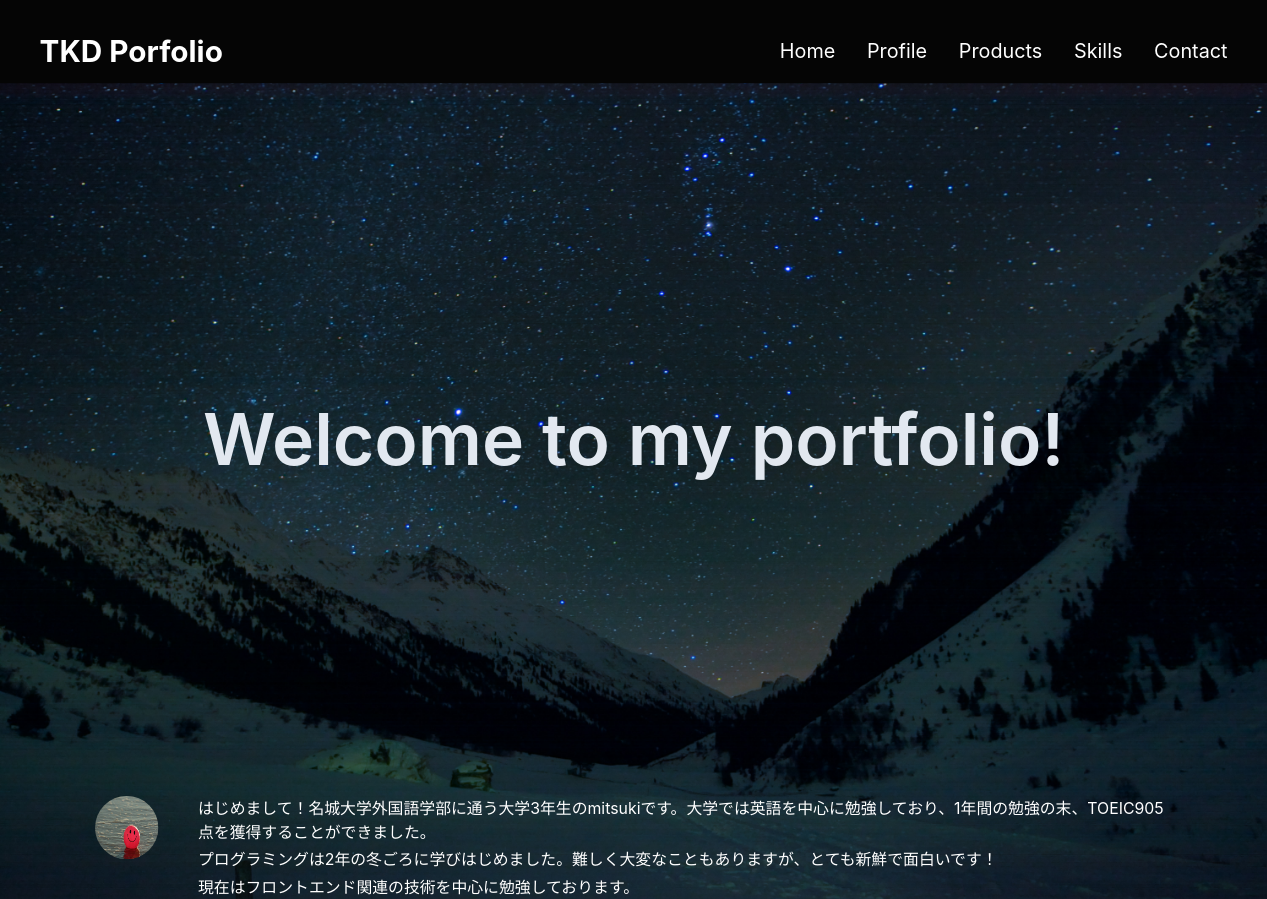
Repository: MitukiTakada/todo-aplication
Page: / (app in design/dev/react-tailwind/react-tailwind/)
The author's editor kept a copy of each file at every save. The page is drawn from the files as they stood at one save, then again after a run of saves.
The browser window is 1280 px wide. The pictures show the whole page, at 99% of full size.
The project was rebuilt for these pictures with package versions that can differ from the ones it lists, and the page was loaded fresh each time. Also part of the build but not shown: design/dev/react-tailwind/react-tailwind/src/components/Contact.jsx, design/dev/react-tailwind/react-tailwind/src/components/Products.jsx, design/dev/react-tailwind/react-tailwind/src/components/Profile.jsx, design/dev/react-tailwind/react-tailwind/src/components/Skills.jsx.

Above is the page before, as saved 2022-11-19 14:58:17.

### design/dev/react-tailwind/react-tailwind/public/index.html
<!DOCTYPE html>
<html lang="en">
  <head>
    <meta charset="utf-8" />
    <link rel="icon" href="%PUBLIC_URL%/favicon.ico" />
    <meta name="viewport" content="width=device-width, initial-scale=1" />
    <meta name="theme-color" content="#000000" />
    <meta
      name="description"
      content="Web site created using create-react-app"
    />
    <link rel="apple-touch-icon" href="%PUBLIC_URL%/logo192.png" />
    <link rel ="stylesheet" href="https://cdnjs.cloudflare.com/ajax/libs/font-awesome/5.15.3/css/all.min.css">
    <!--
      manifest.json provides metadata used when your web app is installed on a
      user's mobile device or desktop. See https://developers.google.com/web/fundamentals/web-app-manifest/
    -->
    <link rel="manifest" href="%PUBLIC_URL%/manifest.json" />
    <!--
      Notice the use of %PUBLIC_URL% in the tags above.
      It will be replaced with the URL of the `public` folder during the build.
      Only files inside the `public` folder can be referenced from the HTML.

      Unlike "/favicon.ico" or "favicon.ico", "%PUBLIC_URL%/favicon.ico" will
      work correctly both with client-side routing and a non-root public URL.
      Learn how to configure a non-root public URL by running `npm run build`.
    -->
    <title>React App</title>
  </head>
  <body>
    <noscript>You need to enable JavaScript to run this app.</noscript>
    <div id="root"></div>
    <!--
      This HTML file is a template.
      If you open it directly in the browser, you will see an empty page.

      You can add webfonts, meta tags, or analytics to this file.
      The build step will place the bundled scripts into the <body> tag.

      To begin the development, run `npm start` or `yarn start`.
      To create a production bundle, use `npm run build` or `yarn build`.
    -->
  </body>
</html>

### design/dev/react-tailwind/react-tailwind/src/index.jsx
import React from 'react';
import ReactDOM from 'react-dom/client';
import './index.css';
import App from './App';
import reportWebVitals from './reportWebVitals';
import { BrowserRouter } from 'react-router-dom';
import { ChakraProvider } from '@chakra-ui/provider';

const root = ReactDOM.createRoot(document.getElementById('root'));
root.render(
  <React.StrictMode>
    <BrowserRouter>
        <ChakraProvider>
          <App />
        </ChakraProvider>
    </BrowserRouter>
  </React.StrictMode>
);

// If you want to start measuring performance in your app, pass a function
// to log results (for example: reportWebVitals(console.log))
// or send to an analytics endpoint. Learn more: https://bit.ly/CRA-vitals
reportWebVitals();

### design/dev/react-tailwind/react-tailwind/src/App.jsx
import { BrowserRouter, Routes, Route } from "react-router-dom";
import Contact from "./components/Contact";
import Header from "./components/Header";
import Home from "./components/Home";
import Products from "./components/Products";
import Profile from "./components/Profile";
import Skills from "./components/Skills";


function App() {
  return (
    <div className=" bg-body  text-white w-full sm:px-0 pt-5">
     <Header />
      <Routes>
        <Route path="/" element={<Home />}/>
        <Route path="/prfole" element={<Profile />}/>
        <Route path="products" element={<Products />}/>
        <Route path="/skills" element={<Skills />}/>
        <Route path="/contact" element={<Contact />}/>
      </Routes>
    </div>
  );
}

export default App;

### design/dev/react-tailwind/react-tailwind/src/components/Header.jsx
import React from 'react'
import { Link } from 'react-router-dom'
import "./output.css"
import Hamburger from './atoms/Hamburger'

const Header = () => {
  return (
    <header className="container flex justify-between  w-full items-center mr-0 relative h-16 px-10">
      <div>
        <h2 className="text-2xl font-bold md:text-3xl">TKD Porfolio</h2>
      </div>
      <nav className="flex space-x-8 text-xl ml-8 items-center hidden md:block">
        <Link to={"/"} className="link">Home</Link>
        <Link to={"/profile"} className="link">Profile</Link>
        <Link to={"/products"} className="link">Products</Link>
        <Link to={"/skills"} className="link">Skills</Link>
        <Link to={"/contact"} className="link">Contact</Link>
      </nav>
      <Hamburger className="md:hidden absolute right-3"/>
    </header>
  )
}

export default Header

### design/dev/react-tailwind/react-tailwind/src/components/Home.jsx
import React from 'react'
import mainImage from "../images/main-image.jpeg"
import "./Home.css";
import userImage from "../images/user.jpg"

const Home = () => {
  return (
    <div className="home ">
      <div className="items-center ">
        <h1 className=" font-semibold text-3xl 100v text-center text-slate-200 lg:text-7xl md:text-5xl">Welcome to my portfolio!</h1>
      </div>
      <div className="flex mx-auto px-24 space-x-10">
        <img src={userImage} alt="" className="h-16 w-16 rounded-full"/>
        <div className="space-y-1">
          <p>
            はじめまして！名城大学外国語学部に通う大学3年生のmitsukiです。大学では英語を中心に勉強しており、1年間の勉強の末、TOEIC905点を獲得することができました。
          </p>
          <p>
            プログラミングは2年の冬ごろに学びはじめました。難しく大変なこともありますが、とても新鮮で面白いです！
          </p>
          <p>
            現在はフロントエンド関連の技術を中心に勉強しております。
          </p>
          </div>
      </div>
    </div>
  )
}

export default Home

### design/dev/react-tailwind/react-tailwind/src/components/output.css
.link {
  @apply hover:text-purple-400 transition-all duration-300;
}
.drawer-link {
  @apply hover:text-purple-400 transition-all duration-300 text-xl block text-center my-3;
}
.contact-btn {
  @apply bg-purple-500 font-bold text-xl px-3 py-2 rounded border-none hover:bg-purple-800 duration-300 transition-all mt-10
}
.secondary-title {
  @apply text-3xl font-bold;
}
.secondary-title::before {
  content: "";
  @apply block w-12 h-2 bg-purple-400 rounded-full mb-1;
}

.section-paragraph {
  @apply text-secondary my-6 w-full max-w-3xl
}

.badge {
  @apply px-4 py-2 text-sm rounded bg-badge block
}

.send-btn {
  @apply bg-teal-400 font-bold text-xl px-3 py-2 rounded border-none hover:bg-teal-600 duration-300 transition-all mt-10
}

### design/dev/react-tailwind/react-tailwind/src/components/atoms/Hamburger.jsx
import React from 'react'
import {
  Drawer,
  DrawerBody,
  DrawerOverlay,
  DrawerContent,
  DrawerCloseButton,
  useDisclosure,
  Button
} from '@chakra-ui/react'
import { Link } from 'react-router-dom';
import { HamburgerIcon } from '@chakra-ui/icons';

const Hamburger = () => {
  const { isOpen, onOpen, onClose } = useDisclosure()
  return (
    <div className="md:hidden">
        <HamburgerIcon h={30} w={30} className="hover:text-purple-400 duration-300 transition-all cursor-pointer"
        onClick={onOpen}
        />
        <Drawer isOpen={isOpen} onClose={onClose} placement="left" size="xs">
          <DrawerOverlay>
            <DrawerContent>
              <DrawerBody className="w-2/5 bg-slate-200 h-full p-12">
                <div className="z-20 space-y-5 text-xl">
                  <Link to={"/"} className="link drawer-link">Home</Link>
                  <Link to={"/profile"} className="link drawer-link">Profile</Link>
                  <Link to={"/products"} className="link drawer-link">Products</Link>
                  <Link to={"/skills"} className="link drawer-link">Skills</Link>
                  <Link to={"/contact"} className="link drawer-link">Contact</Link>
                  <DrawerCloseButton className="text-white text-md  p-2 rounded mt-15 mx-auto bg-red-400 transition-all duration-300 hover:bg-red-700 ">閉じる</DrawerCloseButton>
                </div>
              </DrawerBody>
            </DrawerContent>
          </DrawerOverlay>
        </Drawer>
      </div>
  )
}

export default Hamburger

### design/dev/react-tailwind/react-tailwind/src/components/Home.css
.home {
  background-image: url(../images/mountain.jpeg);
  background-position: center;
  background-size: cover;
  height: 100%;
  width: 100%;
}

.home h1 {
  line-height: 100vh;
  align-items: center;
}

### design/dev/react-tailwind/react-tailwind/tailwind.config.js
/** @type {import('tailwindcss').Config} */
module.exports = {
  content: [
    "./src/**/*.{js,jsx,ts,tsx}",
  ],
  theme: {
    extend: {

      colors: {
        body: "#050505",
        secondary: "#9191A4",
        badge: "#3F3F51"
      },
      lineHeight: {
        "100v": "100vh"
      }
    },
  },
  plugins: [],
}

Loaded but not shown: design/dev/react-tailwind/react-tailwind/src/index.css (common file); design/dev/react-tailwind/react-tailwind/src/reportWebVitals.js (common file)

After the next 2 saves:
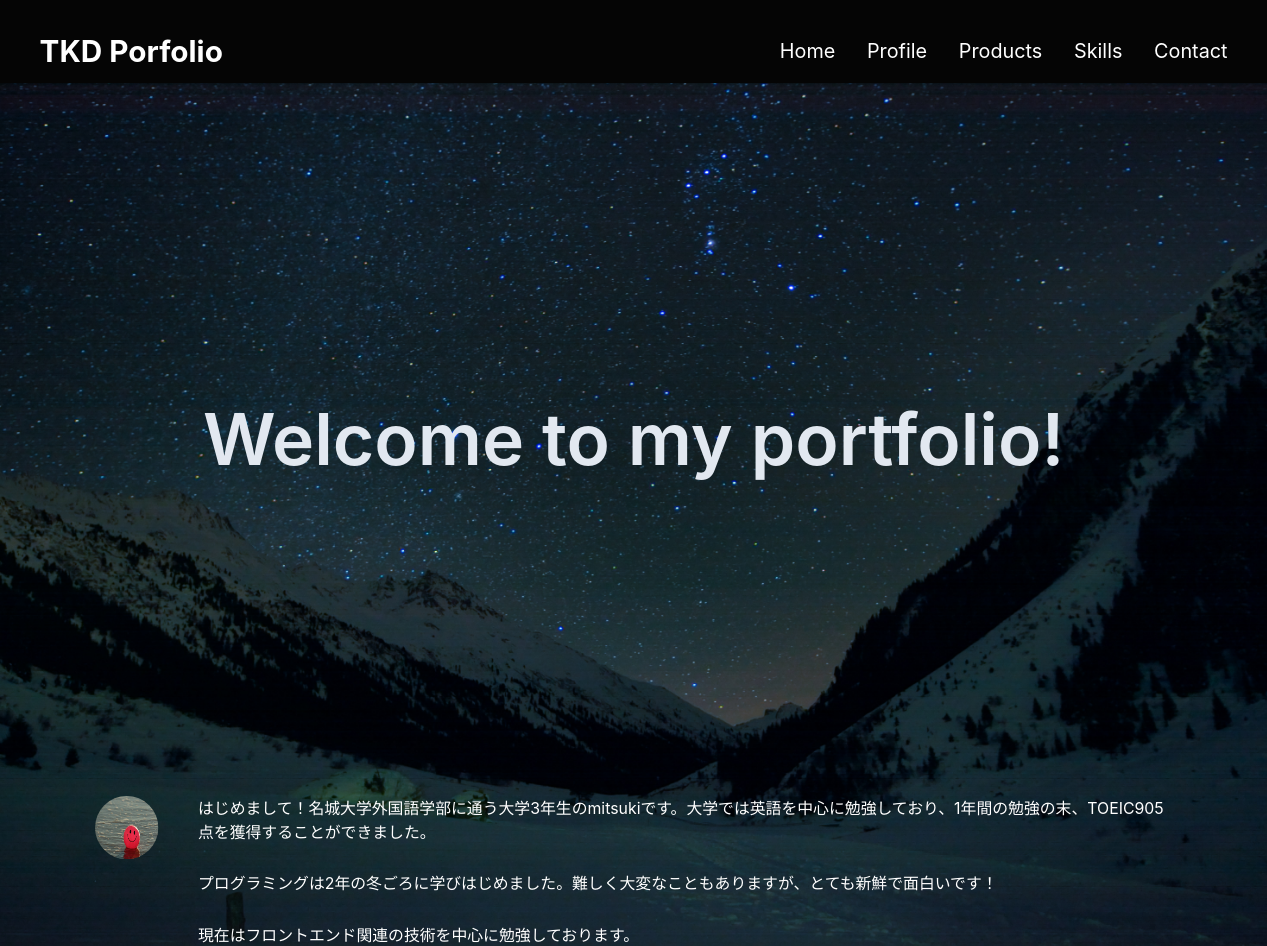
The 2 saves are shown as one change because they came seconds apart.
The last was saved 6 s later.
--- a/design/dev/react-tailwind/react-tailwind/src/components/Home.jsx
+++ b/design/dev/react-tailwind/react-tailwind/src/components/Home.jsx
@@ -11,7 +11,7 @@ const Home = () => {
       </div>
       <div className="flex mx-auto px-24 space-x-10">
         <img src={userImage} alt="" className="h-16 w-16 rounded-full"/>
-        <div className="space-y-1">
+        <div className="space-y-7">
           <p>
             はじめまして！名城大学外国語学部に通う大学3年生のmitsukiです。大学では英語を中心に勉強しており、1年間の勉強の末、TOEIC905点を獲得することができました。
           </p>
